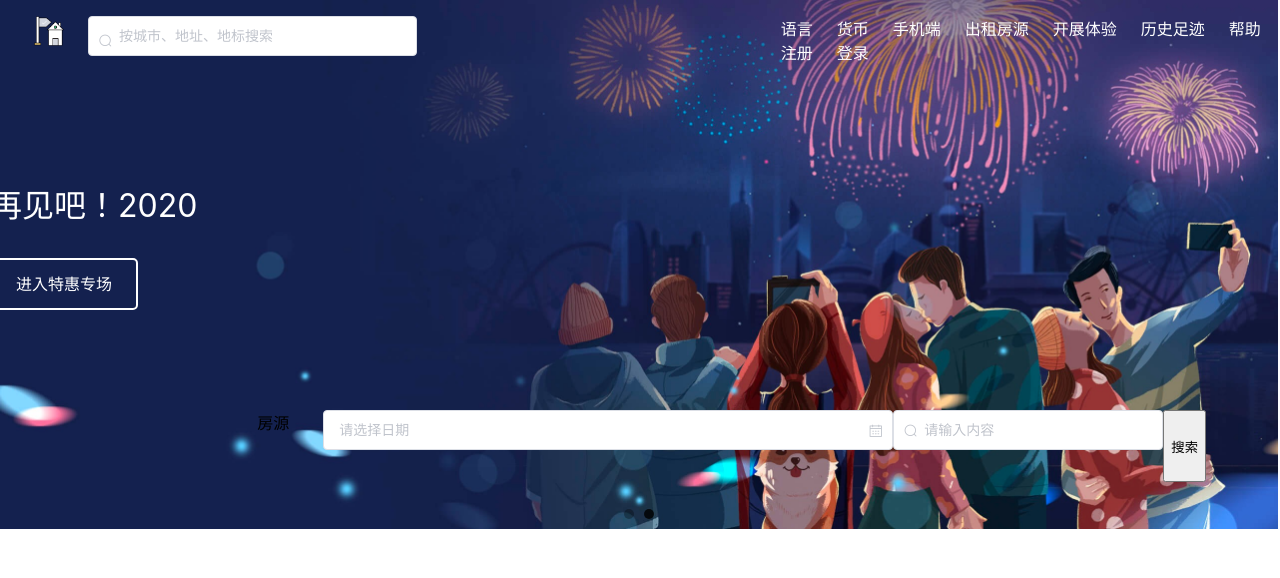
Repository: yz1181214391/my-airbnb
Page: /
The author's editor kept a copy of each file at every save. The page is drawn from the files as they stood at one save, then again after the next save.
The browser window is 1280 px wide. The pictures show the whole page.
The project was rebuilt for these pictures with package versions that can differ from the ones it lists, and the page was loaded fresh each time. Also part of the build but not shown: src/views/Language.vue, src/views/Currency.vue, src/views/Enter.vue, src/views/Experience.vue, src/views/Help.vue, src/views/History.vue, src/views/Mobile.vue, src/views/Register.vue and 1 more.

Above is the page before, as saved 2020-12-14 13:54:30.

### src/App.vue
<template>
  <div id="app">
    <div class="app-header">
      <Header/>
      <Banner class="banner"/>
    </div>

  </div>

</template>

<script>
import Banner from './components/Banner'
import Header from './components/Header'

export default {
   name: 'app',
  components:{
    Banner,
    Header
  }
}
</script>


<style lang="less">
// #app {
//   font-family: Avenir, Helvetica, Arial, sans-serif;
//   -webkit-font-smoothing: antialiased;
//   -moz-osx-font-smoothing: grayscale;
//   text-align: center;
//   color: #2c3e50;
// }

  html,body {margin: 0;padding: 0;height: 100%;width: 100%;}
  a {text-decoration: none;}
  body,div,dl,dt,dd,ul,ol,li,h1,h2,h3,h4,h5,h6,pre,form,fieldset,input,textarea,p,blockquote,th,td {margin: 0;padding: 0;}
  table {border-collapse: collapse;border-spacing: 0;}
  fieldset,img {border: 0;}
  address,caption,cite,code,dfn,em,strong,th,var {font-style: normal;font-weight: normal;}
  ol,ul {list-style: none;}
  caption,th {text-align: left;}
  h1,h2,h3,h4,h5,h6 {font-size: 100%;font-weight: normal;}
  q:before,q:after {content: '';}
  abbr,acronym {border: 0;}
  body{
      font-family: "Chinese Quote", -apple-system, BlinkMacSystemFont, "Segoe UI", "PingFang SC", "Hiragino Sans GB", "Microsoft YaHei", "Helvetica Neue", Helvetica, Arial, sans-serif, "Apple Color Emoji", "Segoe UI Emoji", "Segoe UI Symbol";
  }

  .banner{
    position: absolute;
    left: 0;
    top: 0;
    z-index: -1;
  }
</style>

### src/router/index.js
import Vue from 'vue'
import VueRouter from 'vue-router'

import Language from '../views/Language.vue'
import Currency from '../views/Currency.vue'
import Enter from '../views/Enter.vue'
import Experience from '../views/Experience.vue'
import Help from '../views/Help.vue'
import History from '../views/History.vue'
import Mobile from '../views/Mobile.vue'
import Register from '../views/Register.vue'
import Room from '../views/Room.vue'



Vue.use(VueRouter)

const routes = [
  // {
  //   path: '/',
  //   name: 'Language',
  //   component: Language
  // },
  // {
  //   path: '/Currency',
  //   name: 'Currency',
  //   // route level code-splitting
  //   // this generates a separate chunk (about.[hash].js) for this route
  //   // which is lazy-loaded when the route is visited.
  //   component: () => import(/* webpackChunkName: "about" */ '../views/Currency.vue')
  // }
  { path : '/Language', component : Language},
  { path : '/Currency', component : Currency},
  { path : '/Enter', component : Enter},
  { path : '/Experience', component : Experience},
  { path : '/Help', component : Help},
  { path : '/History', component : History},
  { path : '/Mobile', component : Mobile},
  { path : '/Register', component : Register},
  { path : '/Room', component : Room},
]

const router = new VueRouter({
  mode: 'history',
  base: process.env.BASE_URL,
  routes
})

export default router

### src/components/Banner.vue
<template>
  <div class="banner-box">
      <div class="banner">
          <img v-for="(v,i) in img " :key="i" :src="v" v-show="i==n" alt="">
          <div class="banner-circle">
              <ul>
                 <li v-for="(v,i) in img" :key="i" :class="i==n ? 'selected' : ''"></li>
              </ul>
          </div>
      </div>
  </div>
</template>

<script>
export default {
  data (){
      return{
          n:0,
          img:[
              require("../assets/img/banner1.jpg"),
              require("../assets/img/banner2.jpeg")
          ]
      }
  },
  methods : {
      fun:function(){
          setInterval(this.play,5000)
      },
      play:function(){
          this.n++;
          if(this.n == this.img.length){
              this.n = 0
          }
      }
  },
  mounted:function(){
          this.fun()
      }
}
</script>
<style>
    .banner-box{
      width: 100%;
      height: 529px;
    }
    ul{
        list-style-type: none;
    }
    .banner{
        position: relative;
    }
    .banner .banner-circle{
        position: absolute;
        bottom: 5px;
        left: 0;
        right: 0;
        color: #ffffff;
    }
    .banner .banner-circle li{
        display: inline-block;
        background: rgba(0,0,0,0.3);
        border-radius: 50%;
        padding: 5px;
        margin: 5px;
    }
    .banner .banner-circle ul{
        text-align: center;
    }
    .banner .banner-circle .selected{
        background: rgba(0,0,0,0.8);
    }
    .banner img{
        width: 100%;
        height: 529px;
        margin: 0;
        padding: 0;
    }
</style>

### src/components/Header.vue
<template>
    <div class="airbnb-box">
      <el-row :gutter="20">
        <el-col :span="8">
          <div class="grid-content bg-purple" style="display:flex">
            <a href="###"><img class="logo" src="../assets/img/012-zhandian.png" alt=""></a>
            <el-input v-model="input" style="width: 460px;height: 48px;" prefix-icon='el-icon-search' placeholder="按城市、地址、地标搜索"></el-input>
          </div>
        </el-col>
        <el-col :span="10" :offset="6">
          <div class="grid-content bg-purple nav-box">
            <router-link to="/Language">语言</router-link>
            <router-link to="/Currency">货币</router-link>
            <router-link to="/Mobile">手机端</router-link>
            <router-link to="/Room">出租房源</router-link>
            <router-link to="/Experience">开展体验</router-link>
            <router-link to="/History">历史足迹</router-link>
            <router-link to="/Help">帮助</router-link>
            <router-link to="/Register">注册</router-link>
            <router-link to="/Enter">登录</router-link>
          </div>
        </el-col>
      </el-row>
      <el-row :gutter="20">
        <el-col :span="6" :offset="6">
          <div class="grid-content bg-purple" style="margin:80px 0; margin-left:-340px">
            <h1 style="font-size:32px;color:#fff">再见吧！2020</h1>
            <div class="preferential-btn">进入特惠专场</div>
          </div>
        </el-col>
        <el-col :span="6" :offset="6"><div class="grid-content bg-purple"></div></el-col>
      </el-row>
      <el-row :gutter="20">
        <el-col :span="16" :offset="4" >
          <!-- <div class="grid-content bg-purple1"> -->
            <div  style="display:flex;width:1032px;height:72px;backgroiund-color:#fff;">
              <div style="width:100px;height:100%; text-align: center;">房源</div>
              <div style="width:570px;height:100%;">
                <el-input
                  placeholder="请选择日期"
                  suffix-icon="el-icon-date"
                  v-model="input2">
                </el-input>
              </div>
              <div style="width:270px;height:100%;">
                <el-input
                  placeholder="请输入内容"
                  prefix-icon="el-icon-search"
                  v-model="input21">
                </el-input>
              </div>
              <button>搜索</button>
            </div>
          <!-- </div> -->
        </el-col>
      </el-row>
    </div>
</template>

<script>
// import Banner from './components/Banner'
export default {
    data(){
      return {
        input:'',
        input2:'',
        input21:'',
      }
    }
  // components:{
  //   Banner
  // }
}
</script>


<style lang="less">

.airbnb-box{
    width: 100%;
    height: 529px;

    // background-color: #cccccc;
  }

.el-row {
    margin-bottom: 20px;
    margin-left: 0 !important;
    margin-right: 0 !important;
    display: flex;
    &:first-child{

      align-items: center;
      width: 100%;
      height: 80px;

      // background-color: #99a9bf;
    }
    &:last-child {
      margin-bottom: 0;
    }
  }
  .el-col {
    border-radius: 4px;
  }
  .bg-purple-dark {
    background: #99a9bf;
  }
  .bg-purple1 {
    // height: 40px;
    // background: #d3dce6;
  }
  .bg-purple-light {
    background: #e5e9f2;
  }
  .grid-content {
    border-radius: 4px;
    min-height: 36px;
  }
  .row-bg {
    padding: 10px 0;
    background-color: #f9fafc;
  }


.logo{
  width: 30px;
  height: 30px;
  margin: 0 24px;
}
.preferential-btn{
  width:144px;
  height:48px;
  border:2px solid #ffff;
  border-radius:5px;
  text-align: center;
  line-height: 48px;
  color:#fff;
  margin: 32px 0;
}
.nav-box > a{
  margin-left: 24px;
  color: #fff;
}
</style>

Loaded but not shown: public/index.html (common file); src/main.js (common file); src/store/index.js (common file)

After the next save:
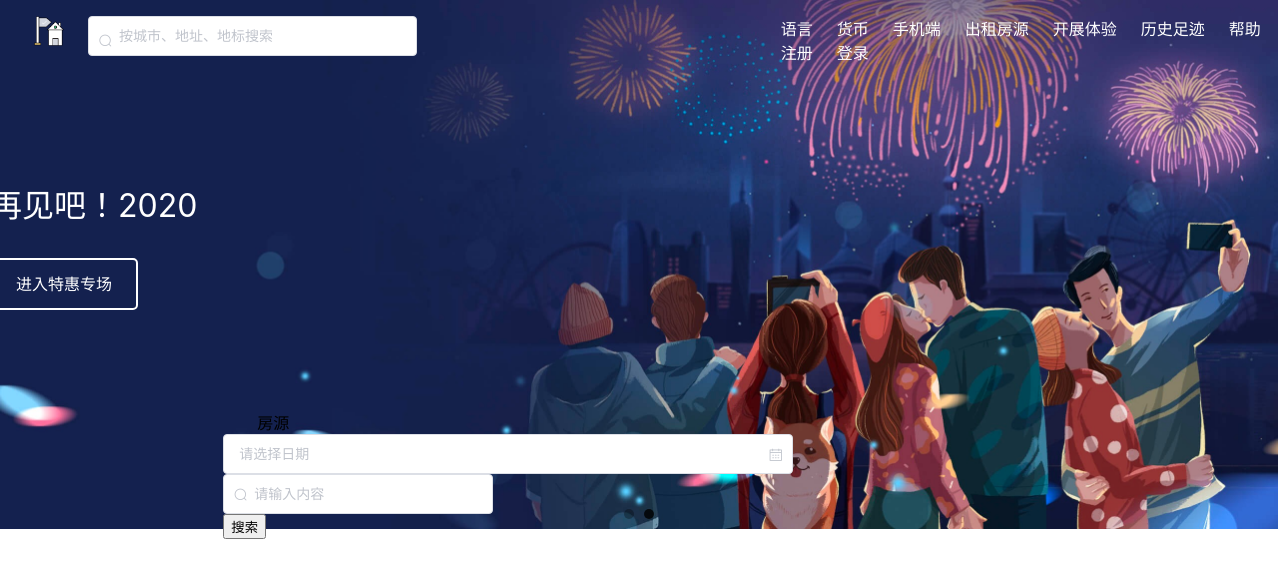
Saved 21 s later.
--- a/src/components/Header.vue
+++ b/src/components/Header.vue
@@ -33,7 +33,7 @@
       <el-row :gutter="20">
         <el-col :span="16" :offset="4" >
           <!-- <div class="grid-content bg-purple1"> -->
-            <div  style="display:flex;width:1032px;height:72px;backgroiund-color:#fff;">
+            <div>
               <div style="width:100px;height:100%; text-align: center;">房源</div>
               <div style="width:570px;height:100%;">
                 <el-input

After the save that followed:
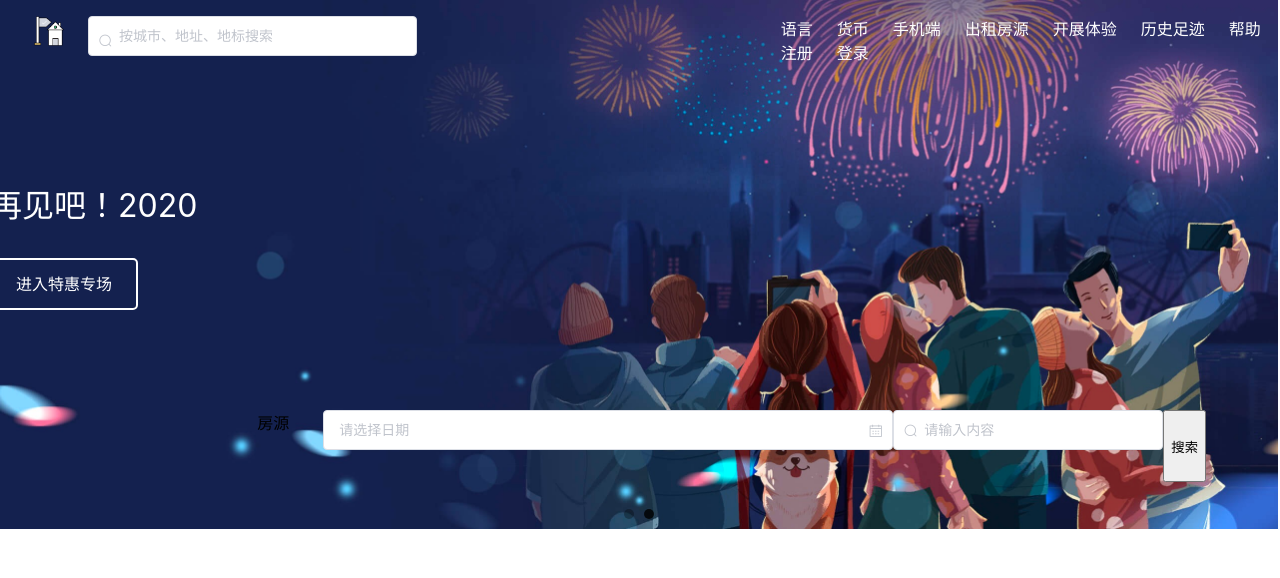
Saved 29 s later.
--- a/src/components/Header.vue
+++ b/src/components/Header.vue
@@ -33,7 +33,7 @@
       <el-row :gutter="20">
         <el-col :span="16" :offset="4" >
           <!-- <div class="grid-content bg-purple1"> -->
-            <div>
+            <div class="demo-input-suffix" style="display:flex;width:1032px;height:72px;backgroiund-color:#fff;">
               <div style="width:100px;height:100%; text-align: center;">房源</div>
               <div style="width:570px;height:100%;">
                 <el-input
